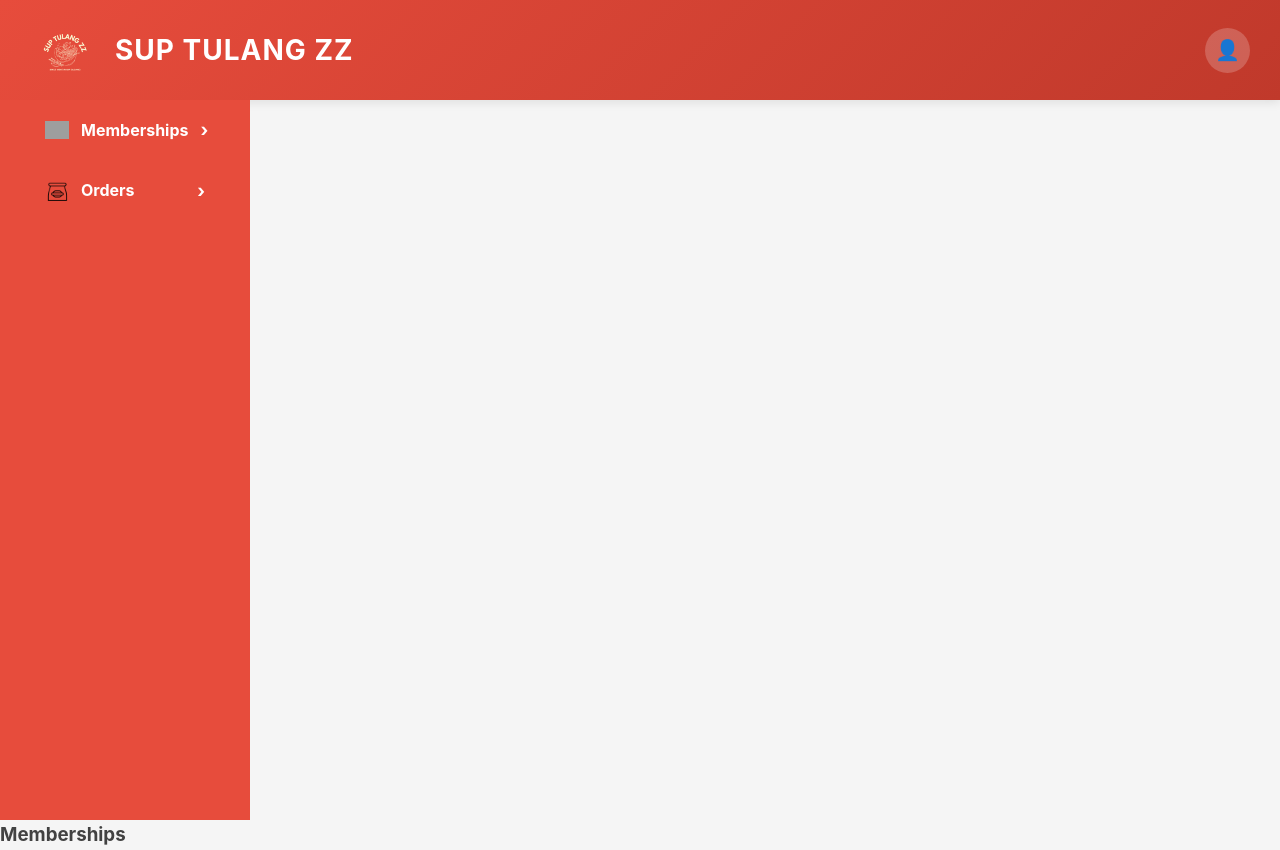
Repository: YIsheng2002/web-frontend
Page: view/Staff/dashboardstaff.html
The author's editor kept a copy of each file at every save. The page is drawn from the files as they stood at one save, then again after the next save.
The browser window is 1280 px wide. The pictures show the whole page.
After loading, the first visible `a.sidebar-link` was clicked once.
Pictures or frames that could not be fetched are drawn as grey boxes.

Above is the page before, as saved 2025-06-12 13:57:49.
Console error: TypeError: Cannot read properties of null (reading 'classList')

### view/Staff/dashboardstaff.html
<!DOCTYPE html>
<html lang="en">

<head>
    <meta charset="UTF-8">
    <meta name="viewport" content="width=device-width, initial-scale=1.0">
    <title>SUP TULANG ZZ</title>
    <link rel="stylesheet" href="../Staff/assets/css/main.css">
    <link rel="stylesheet" href="../../assets/css/main.css">
    <link rel="stylesheet" href="./assets/css/dashboardStaff.css">
    <script src="./assets/javascript/dashboardStaff.js"></script>

</head>

<body>
    <!-- Header -->
    <header class="header">
        <div class="logo-section">
            <img src="../../assets/images/logo.png" alt="Logo" class="logo">
            <h1 class="brand-name">SUP TULANG ZZ</h1>
        </div>

        <div class="user-menu">
            <div class="user-avatar" onclick="toggleDropdown()">
                👤
            </div>
            <div class="dropdown-menu" id="userDropdown">
                <a href="#" class="dropdown-item" onclick="showProfile()">
                    👤 Profile
                </a>
                <a href="#" class="dropdown-item" onclick="showSettings()">
                    ⚙️ Settings
                </a>
                <a href="#" class="dropdown-item" onclick="showOrders()">
                    📋 Orders
                </a>
                <a href="#" class="dropdown-item" onclick="showReports()">
                    📊 Reports
                </a>
                <hr style="margin: 8px 0; border: none; border-top: 1px solid #eee;">
                <a href="#" class="dropdown-item danger" onclick="logout()">
                    🚪 Logout
                </a>
            </div>
        </div>
    </header>
    <!-- Sidebar -->
    <div class="sidebar">
        <ul class="sidebar-menu">
            <li class="sidebar-item">
                <a href="#" class="sidebar-link" onclick="showMembership(event)">
                    <img src="./assets/images/membership.png" alt="Membership Icon" class="sidebar-icon">
                    <span class="sidebar-text">Memberships</span>
                    <span class="sidebar-arrow">›</span>
                </a>
            </li>
            <li class="sidebar-item">
                <a href="#" class="sidebar-link" onclick="showOrders(event)">
                    <img src="./assets/images/foodOrder.png" alt="Orders Icon" class="sidebar-icon">
                    <span class="sidebar-text">Orders</span>
                    <span class="sidebar-arrow">›</span>
                </a>
            </li>
        </ul>
    </div>
    <!-- Main Content -->
    <div class="main-content">
        <h3>Memberships</h3>

    </div>

</body>

</html>

### view/Staff/assets/css/main.css
* {
    margin: 0;
    padding: 0;
    box-sizing: border-box;
}

body {
    font-family: -apple-system, BlinkMacSystemFont, 'Segoe UI', Roboto, sans-serif;
    line-height: 1.6;
    color: #333;
    background-color: #f5f5f5;
}

.btn-primary {
    background: linear-gradient(135deg, #667eea 0%, #764ba2 100%);
    color: white;
    border: none;
    padding: 12px 24px;
    border-radius: 8px;
    font-size: 16px;
    font-weight: 600;
    cursor: pointer;
    transition: all 0.3s ease;
    width: 100%;
}

.btn-primary:hover {
    transform: translateY(-2px);
    box-shadow: 0 8px 25px rgba(102, 126, 234, 0.3);
}

.btn-primary:active {
    transform: translateY(0);
}

### assets/css/main.css
:root{
    --primary-color: #DE4345;
    --secondary-color: #F8FAD4;
    --white-color: #FFFFFF;
    --header-font-color: #212121;
    --header6-font-color: #424242;
    --light-red: #FF7877;
}

* {
    margin: 0;
    padding: 0;
    box-sizing: border-box;
}

body {
    font-family: -apple-system, BlinkMacSystemFont, 'Segoe UI', Roboto, sans-serif;
    line-height: 1.6;
    color: var(--header6-font-color);
    background-color: #f5f5f5;
}

.btn-primary {
    background: linear-gradient(135deg, var(--primary-color) 0%, var(--light-red) 100%);
    color: white;
    border: none;
    padding: 12px 24px;
    border-radius: 8px;
    font-size: 16px;
    font-weight: 600;
    cursor: pointer;
    transition: all 0.3s ease;
    width: 100%;
}

.btn-primary:hover {
    transform: translateY(-5px);
    box-shadow: 0 8px 25px rgba(253, 114, 92, 0.22);
}

.btn-primary:active {
    transform: translateY(0);
}

/* Header Styles */
.header {
    background: linear-gradient(135deg, #e74c3c, #c0392b);
    color: white;
    padding: 15px 30px;
    display: flex;
    justify-content: space-between;
    align-items: center;
    box-shadow: 0 2px 10px rgba(0,0,0,0.1);
}

.logo-section {
    display: flex;
    align-items: center;
    gap: 15px;
}

.logo {
    width: 70px;
    height: 70px;
    display: flex;
    align-items: center;
    justify-content: center;
    font-weight: bold;
    font-size: 18px;
}

.brand-name {
    font-size: 28px;
    font-weight: bold;
    letter-spacing: 1px;
}

### view/Staff/assets/css/dashboardStaff.css
/* User Menu */
.user-menu {
    position: relative;
}

.user-avatar {
    width: 45px;
    height: 45px;
    background: rgba(255, 255, 255, 0.2);
    border-radius: 50%;
    display: flex;
    align-items: center;
    justify-content: center;
    cursor: pointer;
    transition: all 0.3s ease;
    font-size: 20px;
}

.user-avatar:hover {
    background: rgba(255, 255, 255, 0.3);
    transform: scale(1.05);
}

.dropdown-menu {
    position: absolute;
    top: 100%;
    right: 0;
    background: white;
    border-radius: 12px;
    box-shadow: 0 10px 30px rgba(0, 0, 0, 0.15);
    padding: 12px 0;
    min-width: 180px;
    opacity: 0;
    visibility: hidden;
    transform: translateY(-10px);
    transition: all 0.3s ease;
    z-index: 1000;
    margin-top: 10px;
}

.dropdown-menu.show {
    opacity: 1;
    visibility: visible;
    transform: translateY(0);
}

.dropdown-item {
    display: block;
    padding: 12px 20px;
    color: #333;
    text-decoration: none;
    transition: background 0.3s ease;
    display: flex;
    align-items: center;
    gap: 10px;
}

.dropdown-item:hover {
    background: #f8f9fa;
}

.dropdown-item.danger:hover {
    background: #fee;
    color: #e74c3c;
}

/* Dashboard sidebar */
.sidebar {
    width: 250px;
    height: 100vh;
    background-color: #e74c3c;
}

.sidebar-menu {
    list-style: none;
    padding: 0;
    margin: 0;
}

.sidebar-item {
    display: flex;
    justify-content: center;
    width: 100%;
    padding: 4px 20px;
    color: #fff;
    text-decoration: none;
    align-items: center;
    gap: 10px;
    transition: background-color 0.3s ease;
}

/*
.sidebar-item:first-child {
  margin-top: 15px;
}
*/

.sidebar-link:hover {
    background-color: rgba(255, 255, 255, 0.1);
}

.sidebar-link {
    display: flex;
    align-items: center;
    justify-content: space-between;
    text-decoration: none;
    padding: 12px 20px;
    font-size: 16px;
    font-weight: bold;
    border-radius: 12px;
    transition: background-color 0.3s ease, color 0.3s ease;
    width: 200px;
    box-sizing: border-box;
    color: #fff;
    /* default text = white */
    background-color: transparent;
    /* default = no background */
}

.sidebar-link.active {
    background-color: #fff9c4;
    /* yellow container */
    color: #e74c3c;
    /* red text */
}

.sidebar-icon {
    width: 24px;
    height: 24px;
    object-fit: contain;
    margin-right: 12px;
    /* Space between icon and text */

}

.sidebar-text {
    flex-grow: 1;
    margin: 0px;
    /* Remove default margin */
    align-items: center;
    /* Center text vertically */
}

.sidebar-arrow {
    font-size: 18px;
    color: #fff;
    margin-left: 12px;
    /* Space between text and arrow */
}

### view/Staff/assets/javascript/dashboardStaff.js
// Dropdown functionality
function toggleDropdown() {
    const dropdown = document.getElementById('userDropdown');
    dropdown.classList.toggle('show');
}

// Close dropdown when clicking outside
document.addEventListener('click', function (event) {
    const userMenu = document.querySelector('.user-menu');
    const dropdown = document.getElementById('userDropdown');

    if (!userMenu.contains(event.target)) {
        dropdown.classList.remove('show');
    }
});

// Page navigation
/*
function showPage(pageId) {
    // Hide all pages
    document.querySelectorAll('.page').forEach(page => {
        page.classList.remove('active');
    });

    // Remove active class from all tabs
    document.querySelectorAll('.nav-tab').forEach(tab => {
        tab.classList.remove('active');
    });

    // Show selected page
    document.getElementById(pageId).classList.add('active');

    // Add active class to clicked tab
    event.target.classList.add('active');
}
    */
function showPage(pageId) {
    // Hide all pages
    document.querySelectorAll('.page').forEach(page => {
        page.classList.remove('active');
    });
     // Show selected page
    document.getElementById(pageId).classList.add('active');
    // Show selected page
    const targetPage = document.getElementById(pageId);
    if (targetPage) {
        targetPage.classList.add('active');
    }

    // Remove active class from both sidebar links and nav-tabs
    document.querySelectorAll('.sidebar-link, .nav-tab').forEach(link => {
        link.classList.remove('active');
    });

    // Add active to clicked one
    if (event) {
        event.currentTarget.classList.add('active');
    }
}



// User menu actions
function showProfile() {
    alert('Profile page - Coming soon!');
    toggleDropdown();
}

function showSettings() {
    alert('Settings page - Coming soon!');
    toggleDropdown();
}

function showOrders(event) {
    showPage('current-orders', event);
    toggleDropdown();
}


function showReports() {
    showPage('analytics');
    document.querySelector('[onclick="showPage(\'analytics\')"]').classList.add('active');
    toggleDropdown();
}

function logout() {
    if (confirm('Are you sure you want to logout?')) {
        // Add logout logic here
        alert('Logged out successfully!');
        // Redirect to login page
        // window.location.href = '/login.html';
    }
    toggleDropdown();
}

function showMembership(event){
    showPage('membership', event);
}

After the next save:
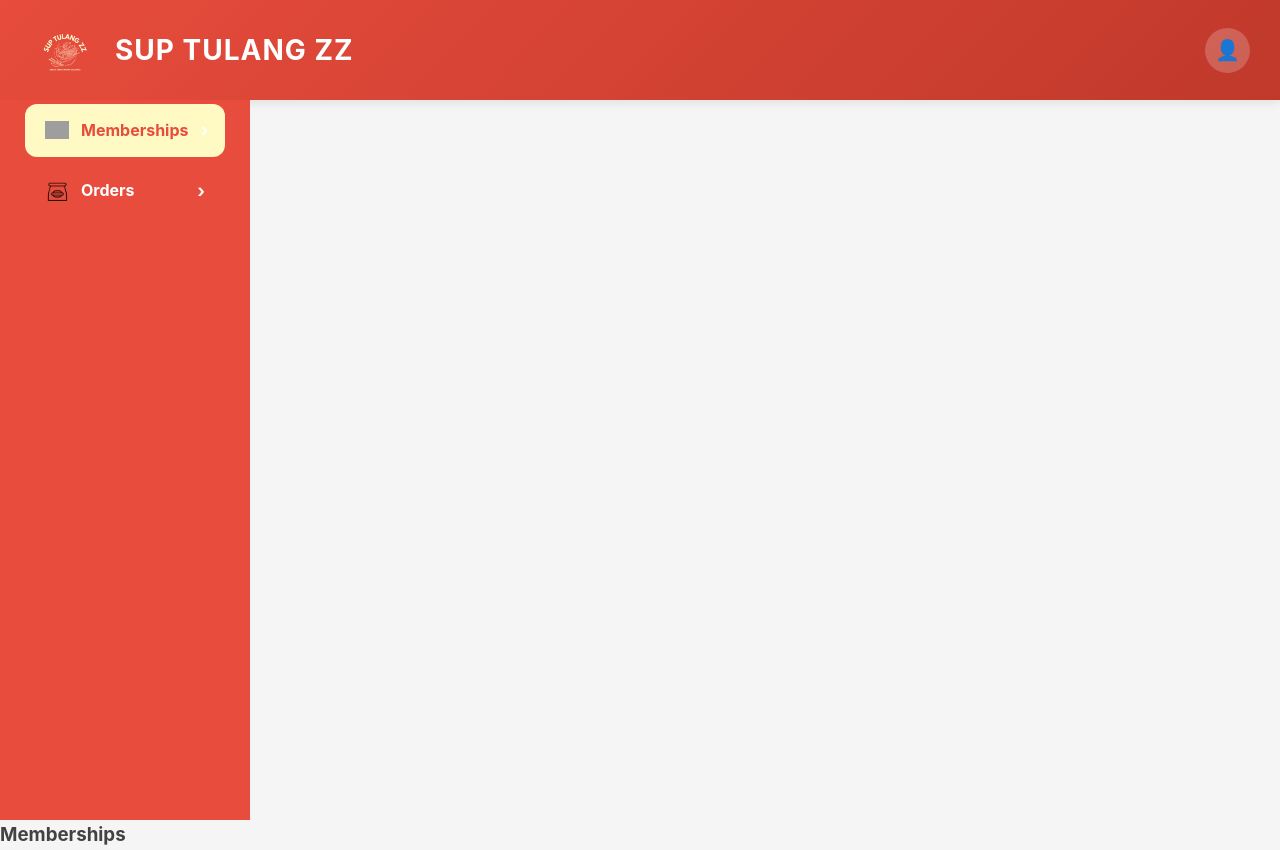
The error is gone.
Saved 12 s later.
--- a/view/Staff/assets/javascript/dashboardStaff.js
+++ b/view/Staff/assets/javascript/dashboardStaff.js
@@ -34,13 +34,12 @@ function showPage(pageId) {
     event.target.classList.add('active');
 }
     */
-function showPage(pageId) {
+function showPage(pageId, event) {
     // Hide all pages
     document.querySelectorAll('.page').forEach(page => {
         page.classList.remove('active');
     });
-     // Show selected page
-    document.getElementById(pageId).classList.add('active');
+
     // Show selected page
     const targetPage = document.getElementById(pageId);
     if (targetPage) {
@@ -95,4 +94,5 @@ function logout() {
 
 function showMembership(event){
     showPage('membership', event);
+    toggleDropdown();
 }
